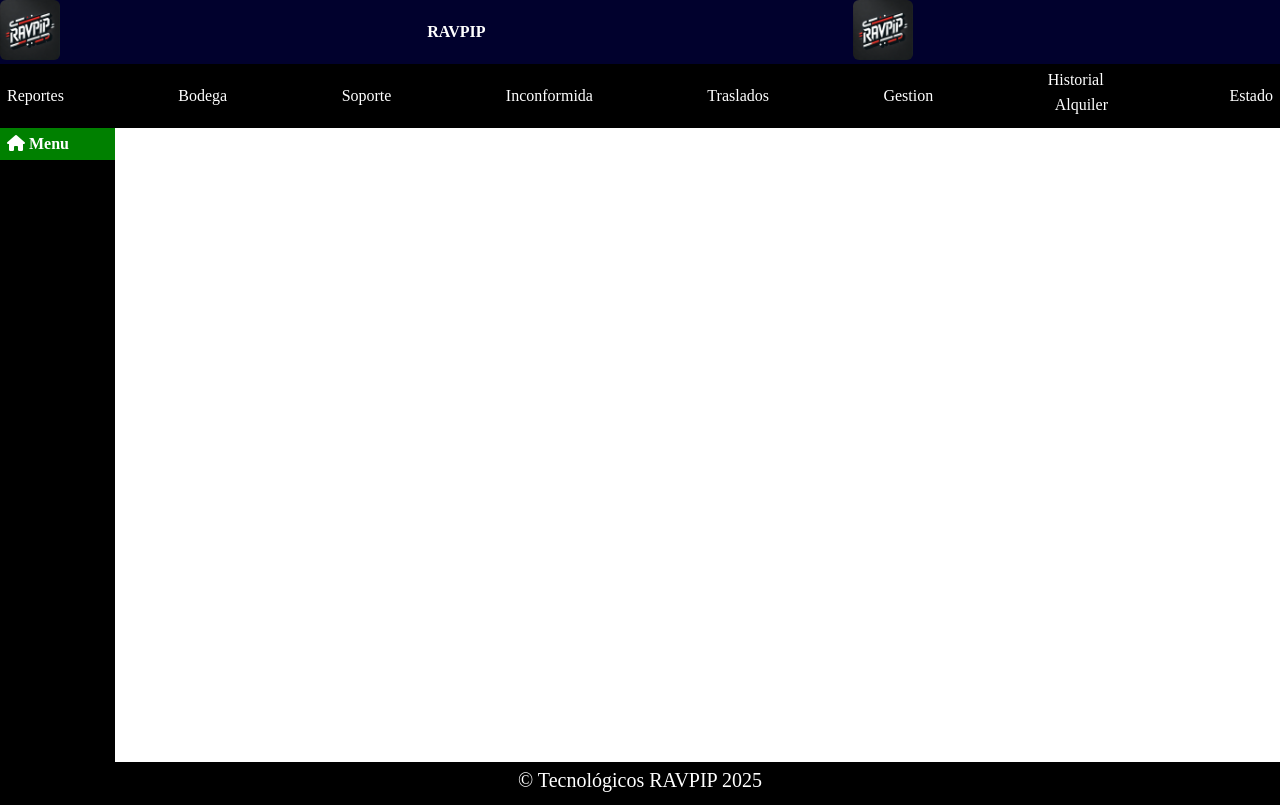
Repository: ye909/RAVPIP
Page: index.html
An editor plug-in stored every save of this project. The page is shown before and after the next save, followed by the edit.
The browser window is 1280 px wide. The pictures show the whole page.
Some web libraries are served in a nearby version.

Above is the page before, as saved 2025-04-12 13:04:25.

After the next save:
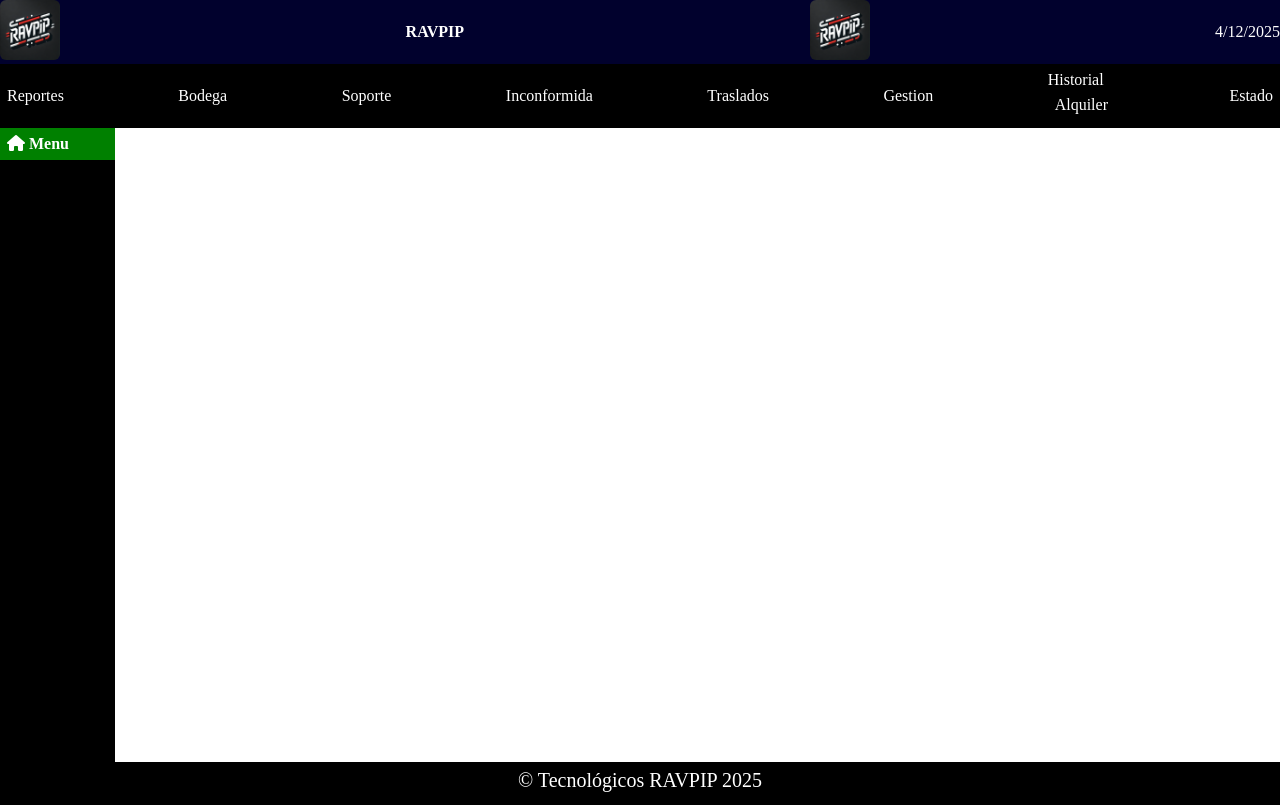
Saved 106 s later.
--- a/src/js/heder.js
+++ b/src/js/heder.js
@@ -1,10 +1,8 @@
-
-// const fecha = document.getElementById("fecha")
+ const fechaheder = document.getElementById("fecha")
 const fecha= new Date()
-const dia =fecha.getDate()
-const d=fecha.toLocaleDateString()
-// const totalfecha=
-alert(d)
+const fechatotal=fecha.toLocaleDateString()
+fechaheder.innerText=fechatotal
+fechaheder.style.color="whiter"
 
 document.addEventListener("DOMContentLoaded", () => {
     fetch("/src/js/datos.json")
